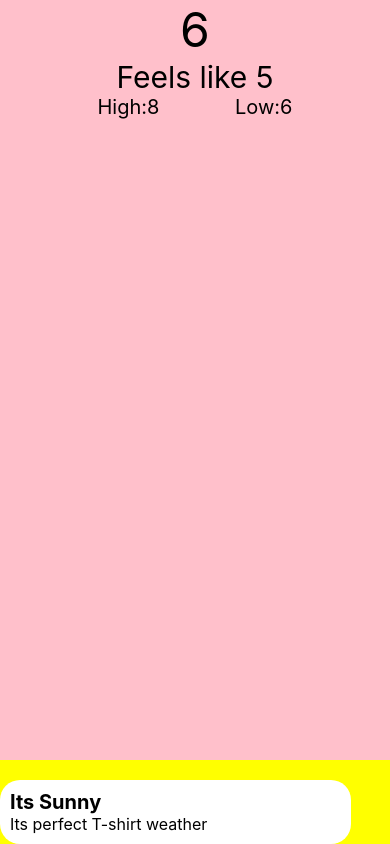
Repository: RossDee/WeatherApp
Screen: /
An editor plug-in stored every save of this project. The screen is shown before and after the next save, followed by the edit.
The app was drawn by React Native's web renderer in a window 390 px wide. The project was rebuilt for these pictures with package versions that can differ from the ones it lists, and the page was loaded fresh each time.

Above is the screen before, as saved 2023-10-14 21:16:33.

### App.js
import React from 'react';
import { SafeAreaView, StyleSheet, Text, View } from 'react-native';

const App = () => {
  return (
    <SafeAreaView style = {style.wrapper}>
    <View style = {style.container}>
      <Text style={style.temp} >6</Text>
      <Text style = {style.feels}>Feels like 5</Text>
      <View style = {style.highLowWrapper}>
        <Text style = {style.highLow}>High:8</Text>
        <Text style = {style.highLow}>Low:6</Text>
      </View>
    </View>
    <View style = {style.bodyWrapper}>
        <Text style = {style.description}>Its Sunny</Text>
      <Text style = {style.message}>Its perfect T-shirt weather</Text>
    </View>
    </SafeAreaView>
  )
}
const style  =StyleSheet.create({
  wrapper:{
    flex:1,
    backgroundColor:'yellow',
  },
  container:{
    backgroundColor:'pink',
    flex:1,
    alignItems:'center',
  },
  temp:{
    color:'black',
    fontSize:48,
 },
 feels:{
   color:'black',
   fontSize:30,
 },
  highLow:{
    color:'black',
    fontSize:20,
  },
  highLowWrapper:{
    flexDirection:'row',
    justifyContent:'space-between',
    width:'50%',
  },
  bodyWrapper:{
    backgroundColor:'white',
    width:'90%',
    padding:10,
    borderRadius:20,
    marginTop:20,
  },
  description:{
    fontSize:20,
    fontWeight:'bold',
  },
  message:{
    fontSize:16,
  }
})

export default App

After the next save:
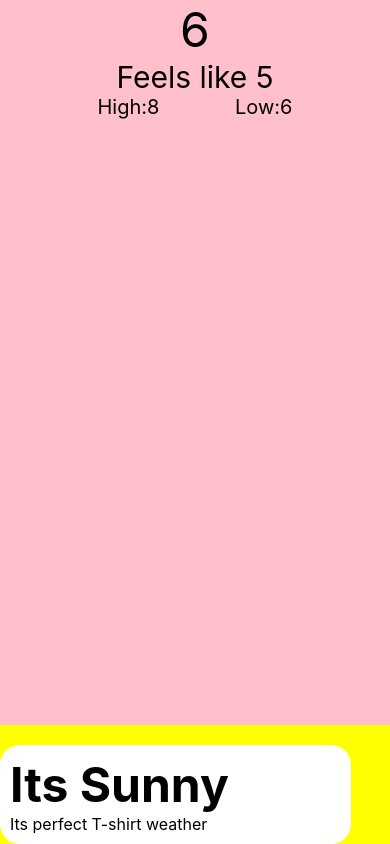
Saved 5 s later.
--- a/App.js
+++ b/App.js
@@ -54,7 +54,7 @@ const style  =StyleSheet.create({
     marginTop:20,
   },
   description:{
-    fontSize:20,
+    fontSize:48,
     fontWeight:'bold',
   },
   message:{
